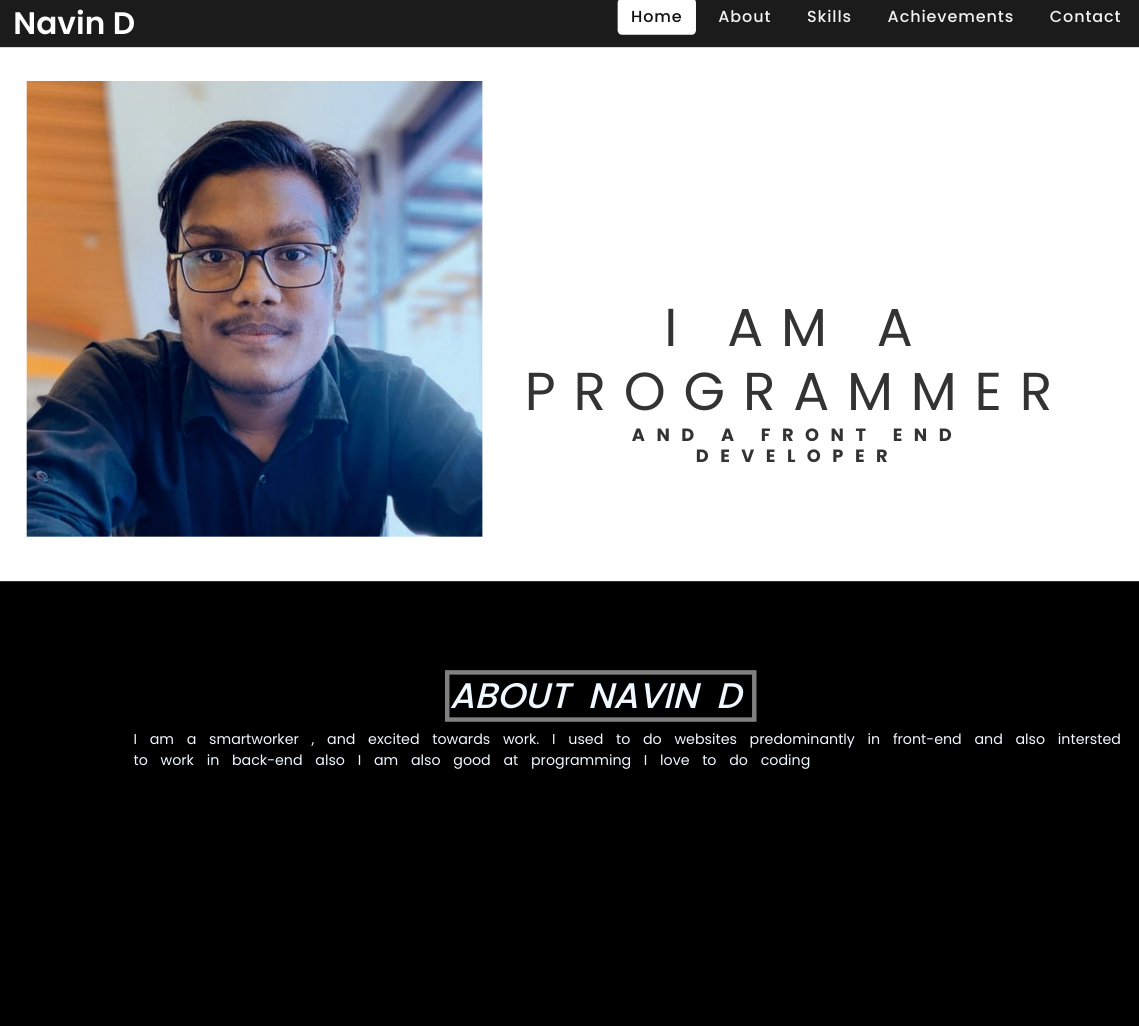
Repository: NavinDayanithi/OIBSIP
Page: Portfolio/index.html
An editor plug-in stored every save of this project. The page is shown before and after a run of saves, followed by the edit.
The browser window is 1280 px wide. The pictures show the whole page, at 89% of full size.

Above is the page before, as saved 2023-02-20 19:12:14.
Console error: TypeError: Cannot read properties of undefined (reading 'fn')

### Portfolio/index.html
<!DOCTYPE html>
<!-- Created By CodingNepal -->
<html lang="en" dir="ltr">
   <head>

      <meta charset="utf-8">
      <title>Navin's Portfolio</title>
      <script src="https://cdnjs.cloudflare.com/ajax/libs/OwlCarousel2/2.3.4/owl.carousel.min.js"></script>
      <script type="text/javascript" src="script.js"></script>
      <link rel="stylesheet" href="style.css">
      <link rel="stylesheet" href="https://cdnjs.cloudflare.com/ajax/libs/font-awesome/5.15.3/css/all.min.css"/>
      <meta name="viewport" content="width=device-width, initial-scale=1.0">
      <link href="https://cdn.jsdelivr.net/npm/bootstrap@5.3.0-alpha1/dist/css/bootstrap.min.css" rel="stylesheet" integrity="sha384-GLhlTQ8iRABdZLl6O3oVMWSktQOp6b7In1Zl3/Jr59b6EGGoI1aFkw7cmDA6j6gD" crossorigin="anonymous">
   </head>
   <body>
      <nav>
         <div class="logo">
            Navin D
         </div>
         <input type="checkbox" id="click">
         <label for="click" class="menu-btn">
         <i class="fas fa-bars"></i>
         </label>
         <ul>
            <li><a class="active" href="#">Home</a></li>
            <li><a href="#about">About</a></li>
            <li><a href="#skills">Skills</a></li>
            <li><a href="#">Achievements</a></li>
            <li><a href="#">Contact</a></li>
         </ul>
      </nav>
      <div >
        <img src="navinppimg.jpeg"  class="img1" alt="navinimg">
      </div>
      <div class="text-box">
        <h1 class="heading-primary">
         <span class="heading-primary-main">I am a Programmer</span>
          <span class="heading-primary-sub">and a front end developer</span>
         </h1>
   </div>
   <section class="about" id="about">
      <!-- <img class="about-img" src="https://embetronicx.com/wp-content/uploads/2017/08/background.jpg"  class="img1" alt="navinimg"> -->
      <div class="about-text">
         <h1> <i>ABOUT NAVIN D</i></h1>
         <p>  I am a smartworker , and excited towards work.
             I used to do websites predominantly in front-end
             and also intersted to work in back-end also
             I am also good at programming
             I love to do coding<br/>
      </p>
      </div>

    </body>
</section>
       </body>
</html>

### Portfolio/style.css
@import url('https://fonts.googleapis.com/css?family=Poppins:400,500,600,700&display=swap');
*{
  margin: 0;
  padding: 0;
  box-sizing: border-box;
  font-family: 'Poppins', sans-serif;
}
nav{
  display: flex;
  height: 100%;
  width: 100%;
  background: #1b1b1b;
  align-items: center;
  justify-content: space-between;
  /* padding: 0 50px 0 50px; */
  /* flex-wrap: wrap; */
}
nav .logo{
  color: #fff;
  font-size: 35px;
  font-weight: 600;
  margin-left: 15px;
}
nav ul{
  display: flex;
  flex-wrap: wrap;
  list-style: none;
}
nav ul li{
  margin: 0 5px;
}
nav ul li a{
  color: #f2f2f2;
  text-decoration: none;
  font-size: 18px;
  font-weight: 500;
  padding: 8px 15px;
  border-radius: 5px;
  letter-spacing: 1px;
  transition: all 0.3s ease;
}
nav ul li a.active,
nav ul li a:hover{
  color: #111;
  background: #fff;
}
nav .menu-btn i{
  color: #fff;
  font-size: 22px;
  cursor: pointer;
  display: none;
}
input[type="checkbox"]{
  display: none;
}
@media (max-width: 1000px){
  nav{
    padding: 0 40px 0 50px;
  }
}
@media (max-width: 920px) {
  nav .menu-btn i{
    display: block;
  }
  #click:checked ~ .menu-btn i:before{
    content: "\f00d";
  }
  nav ul{
    position: fixed;
    top: 80px;
    left: -100%;
    background: #111;
    height: 100vh;
    width: 100%;
    text-align: center;
    display: block;
    transition: all 0.3s ease;
  }
  #click:checked ~ ul{
    left: 0;
  }
  nav ul li{
    width: 100%;
    margin: 40px 0;
  }
  nav ul li a{
    width: 100%;
    margin-left: -100%;
    display: block;
    font-size: 20px;
    transition: 0.6s cubic-bezier(0.68, -0.55, 0.265, 1.55);
  }
  #click:checked ~ ul li a{
    margin-left: 0px;
  }
  nav ul li a.active,
  nav ul li a:hover{
    background: none;
    color: cyan;
  }
}
.content{
  position: absolute;
  top: 50%;
  left: 50%;
  transform: translate(-50%, -50%);
  text-align: center;
  z-index: -1;
  width: 100%;
  padding: 0 30px;
  color: #1b1b1b;
}
.content div{
  font-size: 40px;
  font-weight: 700;
}

.text-box {
    position: absolute;
    top: 60%;
    left: 70%;
    transform: translate(-50%, -50%);
    text-align:center;
  }

  .heading-primary {
      color:#333;
      text-transform: uppercase;
  }

  .heading-primary-main {
      display: block;
      font-size: 60px;
      font-weight: 400;
      letter-spacing: 20px;
     /*  Animation decalaration   */
      animation-name: moveInleft;
      animation-duration: 3s;
  }

  .heading-primary-sub {
      display: block;
      font-size: 20px;
      font-weight: 700;
      letter-spacing: 12.9px;

      animation-name: moveInRight;
      animation-duration: 3s;
  }

  @keyframes moveInleft {
      0% {
          opacity: 0;
          transform: translateX(-100px);
      }

      80% {
          transform: translateX(10px);
      }
      100% {
          opacity: 1;
          transform: translate(0);
      }
  }

  @keyframes moveInRight {
      0% {
          opacity: 0;
          transform: translateX(100px);
      }

      80% {
          transform: translateX(-10px);
      }

      100% {
          opacity: 1;
          transform: translate(0);
      }

  }
  .img1{
    margin-left: 30px;
     margin-top: 3%;
    display: block;
    height:40%;
    width:40%;


  }
  .a{
    float: left;
    /* display: inline; */
    width: 50%;


  }
  .b{
    /* display: inline; */
    float:right;
    width: 50%;
    margin-left: 50px;


  }
   .about{
    background-color: black;
    height: 500px;
    width: 100%;
    color: aliceblue;
    margin-top: 50px;

  }

 .about-text {
  padding-top: 100px;
   padding-left: 150px;
   word-spacing: 10px;
}
.about-text h1{
   margin-left:350px;
  border:5px solid gray;
  width: 350px;
}

Loaded but not shown: Portfolio/script.js (common file)

After the next 4 saves:
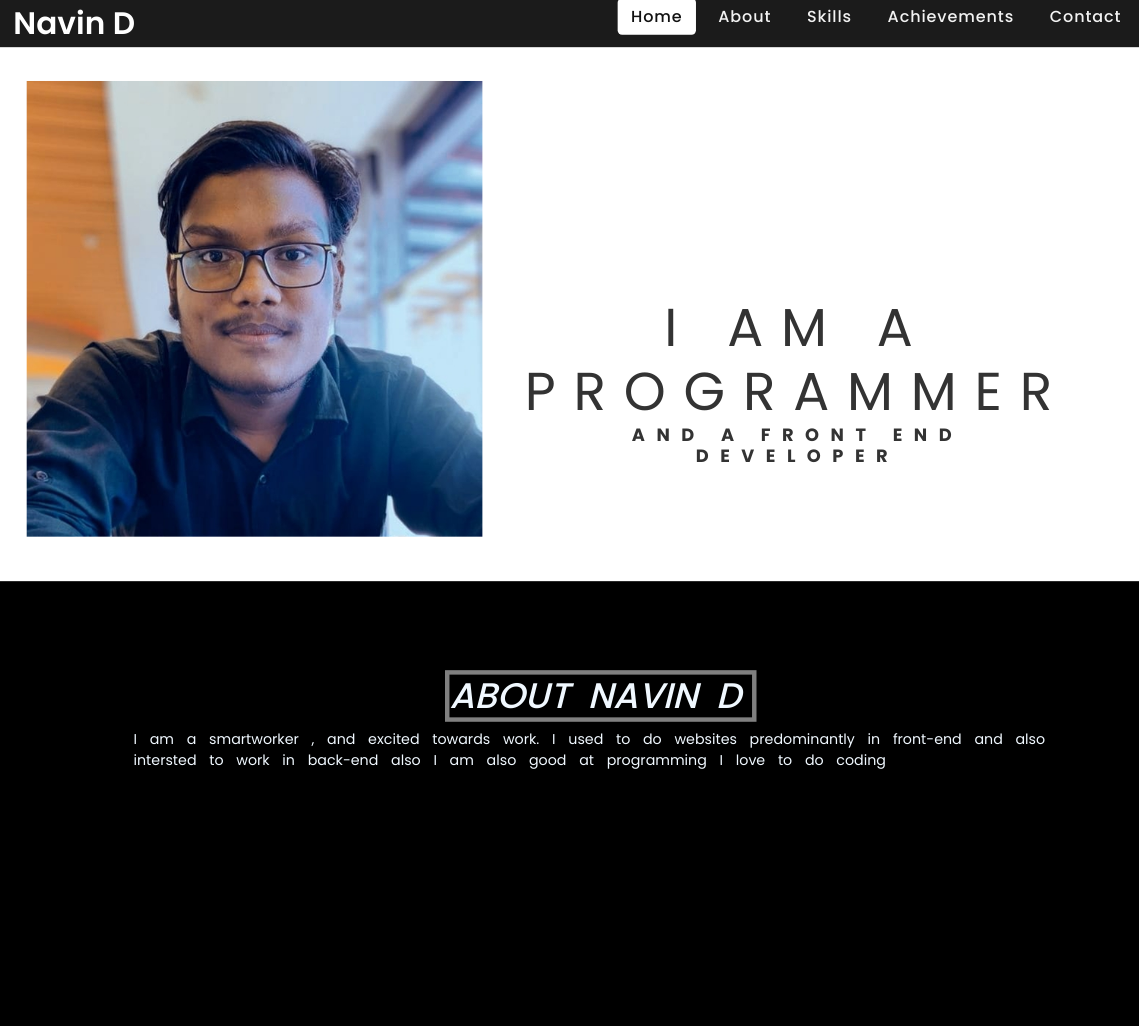
The 4 saves are shown as one change because they came seconds apart.
The last was saved 15 s later.
--- a/Portfolio/style.css
+++ b/Portfolio/style.css
@@ -215,6 +215,7 @@
  .about-text {
   padding-top: 100px;
    padding-left: 150px;
+   padding-right: 50px;
    word-spacing: 10px;
 }
 .about-text h1{
